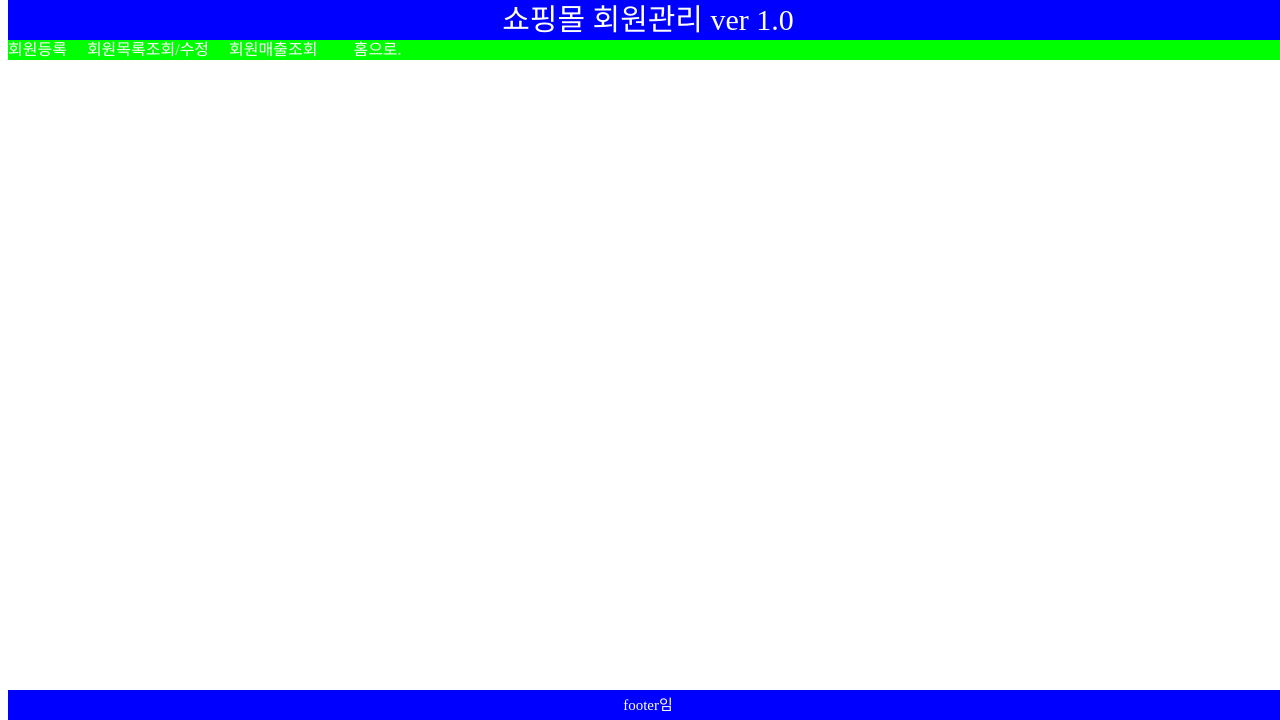
Repository: leesuyeon116/HRD_1
Page: http://localhost/HRD_0416/
The author's editor kept a copy of each file at every save. The page is drawn from the files as they stood at one save, then again after the next save.
The browser window is 1280 px wide. The pictures show the whole page.
The page is served by Tomcat 9. Other server files are loaded and not shown.

Above is the page before, as saved 2024-04-16 07:18:28.

### HRD_0416/src/main/webapp/index.jsp
<%@ page language="java" contentType="text/html; charset=UTF-8"
    pageEncoding="UTF-8"%>
<!DOCTYPE html>
<html>
<head>
<meta charset="UTF-8">
<title>index</title>
</head>
<body>
<header style="position: fixed; top: 0px; width: 100%; height: 40px; background-color: blue; color: white;
	text-align: center; line-height: 40px; font-size: 30px"> 쇼핑몰 회원관리 ver 1.0 </header>

<nav style="position: fixed; top: 40px; width: 100%; height: 20px; background-color: lime; color: white; line-height: 20px;">
회원등록 &nbsp; &nbsp; 회원목록조회/수정 &nbsp; &nbsp; 회원매출조회 &nbsp; &nbsp; &nbsp; &nbsp; 홈으로.</nav>




<footer style="position: fixed; bottom: 0px; width: 100%; height: 30px; background-color: blue; color: white;
	text-align: center; line-height: 30px; font-size: 15px;">footer임</footer>
</body>
</html>

After the next save:
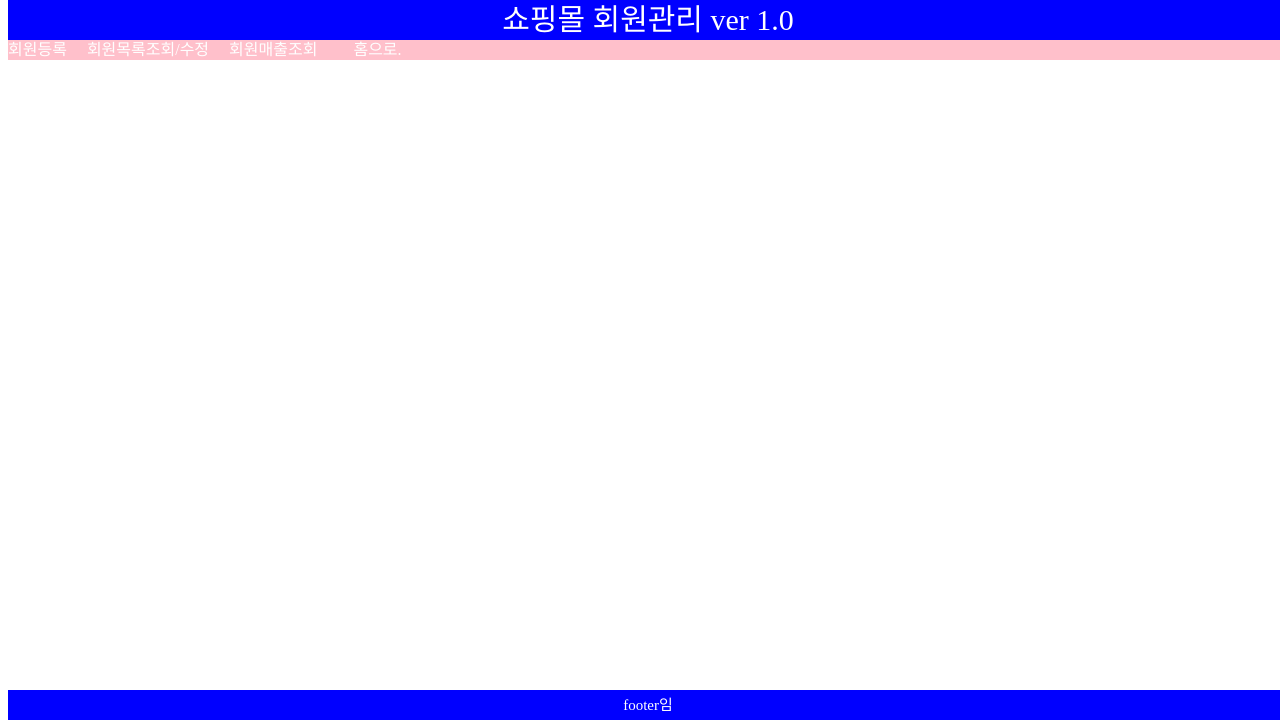
Saved 35 s later.
--- a/HRD_0416/src/main/webapp/index.jsp
+++ b/HRD_0416/src/main/webapp/index.jsp
@@ -10,8 +10,8 @@
 <header style="position: fixed; top: 0px; width: 100%; height: 40px; background-color: blue; color: white;
 	text-align: center; line-height: 40px; font-size: 30px"> 쇼핑몰 회원관리 ver 1.0 </header>
 
-<nav style="position: fixed; top: 40px; width: 100%; height: 20px; background-color: lime; color: white; line-height: 20px;">
-회원등록 &nbsp; &nbsp; 회원목록조회/수정 &nbsp; &nbsp; 회원매출조회 &nbsp; &nbsp; &nbsp; &nbsp; 홈으로.</nav>
+<nav style="position: fixed; top: 40px; width: 100%; height: 20px; background-color: pink; color: white; line-height: 20px;">
+	회원등록 &nbsp; &nbsp; 회원목록조회/수정 &nbsp; &nbsp; 회원매출조회 &nbsp; &nbsp; &nbsp; &nbsp; 홈으로.</nav>
 
 
 
